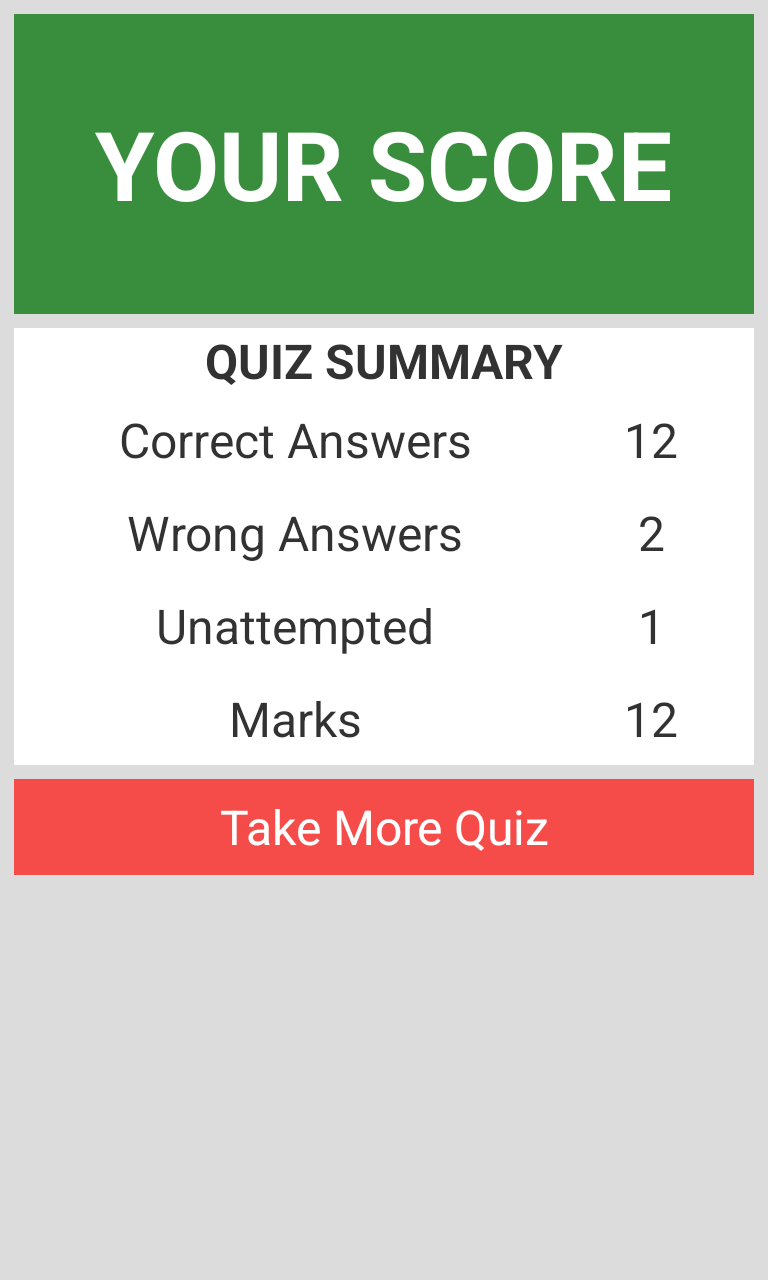
Repository: Harshil737/Career-Launcher
Layout: CareerLauncher/res/layout/activity_test_result_page.xml
The author's editor kept a copy of each file at every save. The layout is drawn from the files as they stood at one save, then again after the next save.
It is drawn on a 768 x 1280 px phone screen (xhdpi) without system bars, with theme AppTheme; the app's code is not run.

Above is the layout before, as saved 2017-11-04 14:25:40.

After the next save:
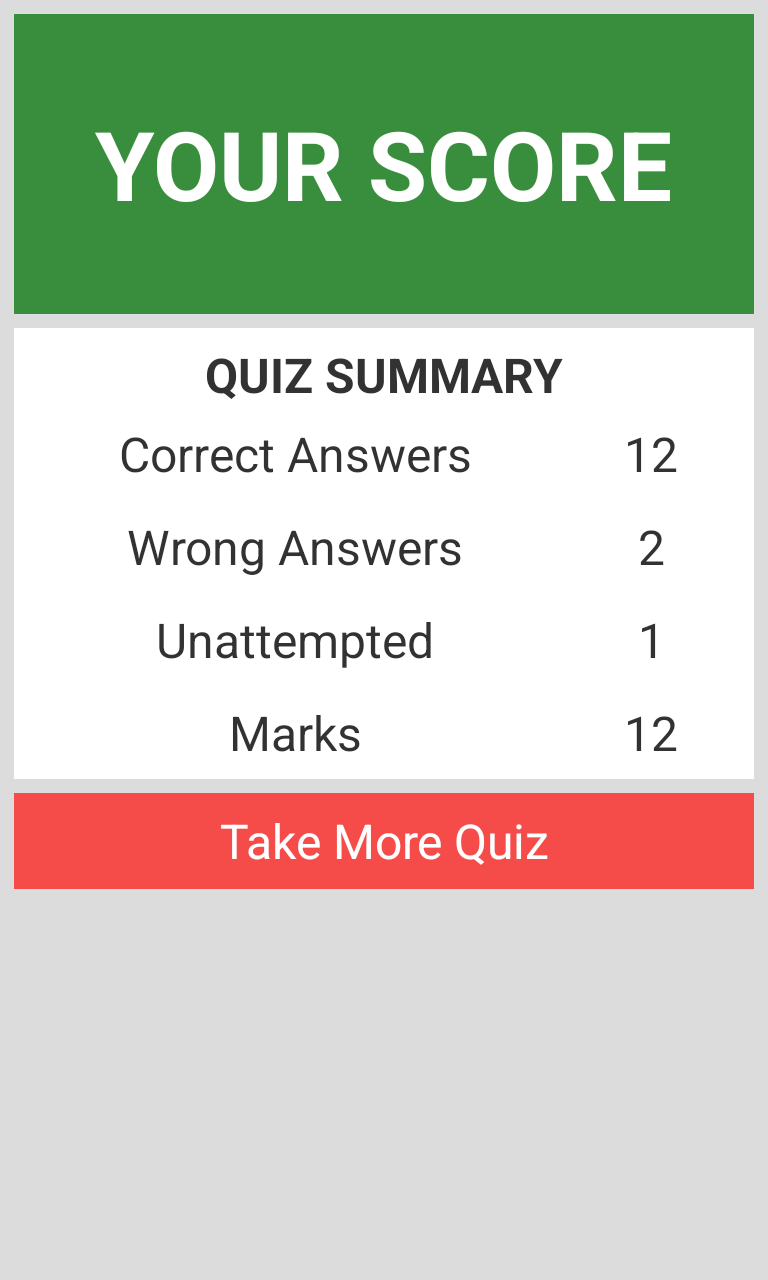
Saved 14 s later.
--- a/CareerLauncher/res/layout/activity_test_result_page.xml
+++ b/CareerLauncher/res/layout/activity_test_result_page.xml
@@ -39,6 +39,7 @@
         <TextView
             android:layout_width="match_parent"
             android:layout_height="wrap_content"
+            android:layout_marginTop="7dp"
             android:gravity="center_horizontal"
             android:text="QUIZ SUMMARY"
             android:textSize="24sp"
